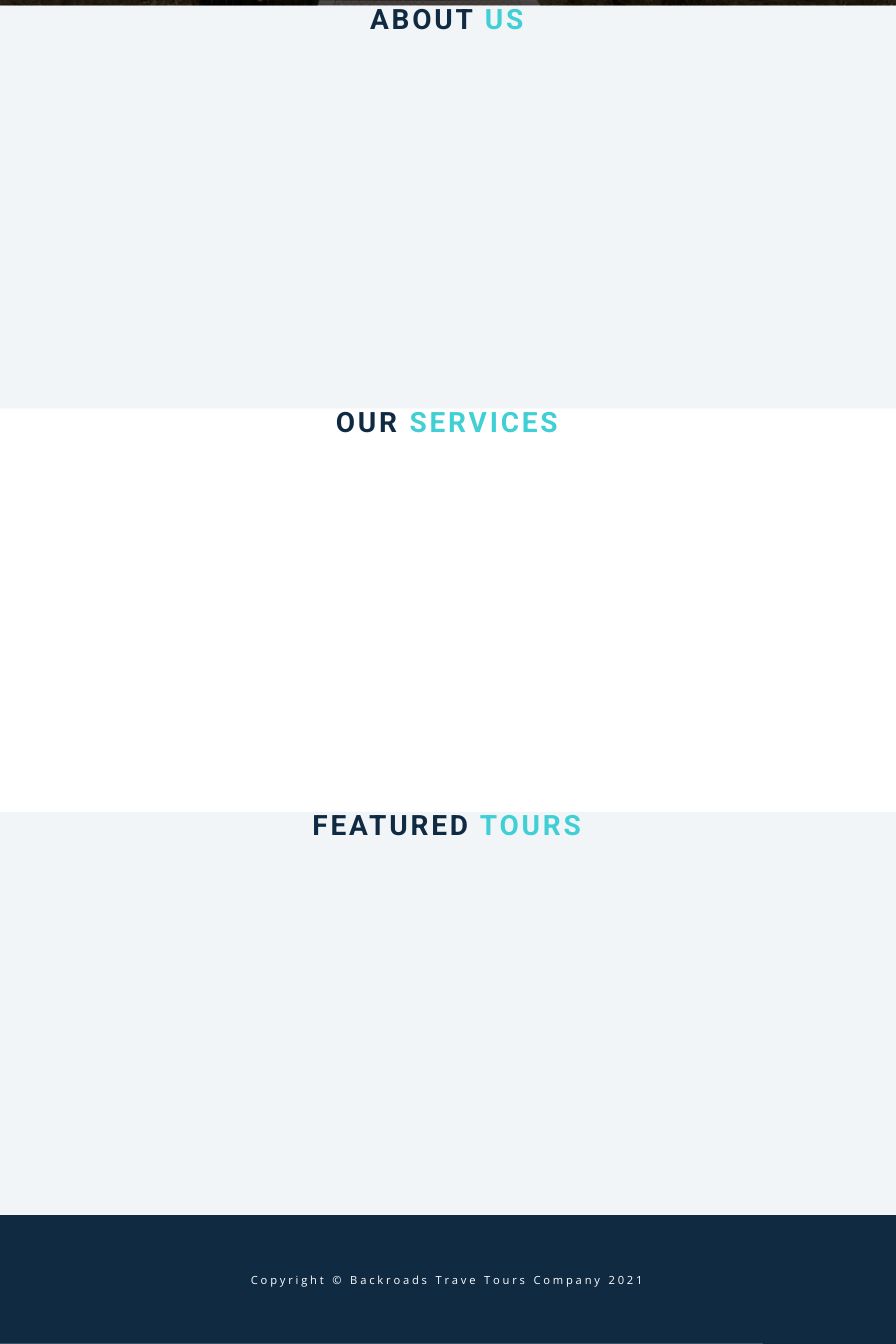
Repository: spidero7/Scroll
Page: index.html
These files come from the project's save history. The page is drawn as it stood at one moment and after a run of saves; the edit follows.
The browser window is 1280 px wide. The pictures show the part of the page from y = 794 to 2714 px (the page is 2714 px tall), at 70% of full size.
Some web libraries are served in a nearby version.

Above is the page before, as saved 2021-10-07 07:56:04.

### index.html
<!DOCTYPE html>
<html lang="en">
<head>
    <meta charset="UTF-8">
    <meta http-equiv="X-UA-Compatible" content="IE=edge">
    <meta name="viewport" content="width=device-width, initial-scale=1.0">
    <title>Scroll</title>
    <link rel="stylesheet" href="styles.css">
    <link rel="stylesheet" href="https://cdnjs.cloudflare.com/ajax/libs/font-awesome/5.14.0/css/all.min.css">
</head>
<body>
    <!-- header  -->
    <header id="home">
        <!-- navbar -->
        <nav id="nav">
            <div class="nav-center">
                <!-- nav header  -->
                <div class="nav-header">
                    <img src="./imgs/logo.svg" alt="logo" class="logo"/>
                    <button class="nav-toggle">
                        <i class="fas fa-bars"></i>
                    </button>
                </div>
                <!-- links -->
                <div class="links-container">
                    <ul class="links">
                        <li>
                          <a href="#home" class="scroll-link">home</a>
                        </li>
                        <li>
                          <a href="#about" class="scroll-link">about</a>
                        </li>
                        <li>
                          <a href="#services" class="scroll-link">services</a>
                        </li>
                        <li>
                          <a href="#tours" class="scroll-link">tours</a>
                        </li>
                      </ul>
                </div>
            </div>
        </nav>
        <!-- banner -->
        <div class="banner">
            <div class="container">
                <h1>scroll project</h1>
                <p>
                    Lorem ipsum dolor sit amet consectetur, adipisicing elit. Odio saepe officiis,
                    tempore quae nobis, perferendis id temporibus, harum minima voluptatum animi non
                    praesentium atque? Expedita, possimus deserunt. Sunt, suscipit nulla?
                </p>
                <a href="#tours" class="scroll-link btn btn-white">
                    explore tours
                </a>
            </div>
        </div>
    </header>
    <!-- about -->
    <section id="about" class="section">
        <div class="title">
            <h2>about <span>us</span></h2>
        </div>
    </section>
    <!-- services -->
    <section id="services" class="section">
        <div class="title">
            <h2>our <span>services</span></h2>
        </div>
    </section>
    <!-- tours -->
    <section id="tours" class="section">
        <div class="title">
            <h2>featured <span>tours</span></h2>
        </div>
    </section>
    <!-- footer -->
    <footer class="section">
        <p>
            copyright &copy; backroads trave tours company
            <span class="date">2021</span>
        </p>
    </footer>
    <script src="app.js"></script>
</body>
</html>

### styles.css
/*
===============
Fonts
===============
*/
@import url("https://fonts.googleapis.com/css?family=Open+Sans|Roboto:400,700&display=swap");

/*
===============
Variables
===============
*/

:root {
  /* dark shades of primary color*/
  --clr-primary-1: hsl(205, 86%, 17%);
  --clr-primary-2: hsl(205, 77%, 27%);
  --clr-primary-3: hsl(205, 72%, 37%);
  --clr-primary-4: hsl(205, 63%, 48%);
  /* primary/main color */
  --clr-primary-5: #49a6e9;
  /* lighter shades of primary color */
  --clr-primary-6: hsl(205, 89%, 70%);
  --clr-primary-7: hsl(205, 90%, 76%);
  --clr-primary-8: hsl(205, 86%, 81%);
  --clr-primary-9: hsl(205, 90%, 88%);
  --clr-primary-10: hsl(205, 100%, 96%);
  /* darkest grey - used for headings */
  --clr-grey-1: hsl(209, 61%, 16%);
  --clr-grey-2: hsl(211, 39%, 23%);
  --clr-grey-3: hsl(209, 34%, 30%);
  --clr-grey-4: hsl(209, 28%, 39%);
  /* grey used for paragraphs */
  --clr-grey-5: hsl(210, 22%, 49%);
  --clr-grey-6: hsl(209, 23%, 60%);
  --clr-grey-7: hsl(211, 27%, 70%);
  --clr-grey-8: hsl(210, 31%, 80%);
  --clr-grey-9: hsl(212, 33%, 89%);
  --clr-grey-10: hsl(210, 36%, 96%);
  --clr-white: #fff;
  --clr-red-dark: hsl(360, 67%, 44%);
  --clr-red-light: hsl(360, 71%, 66%);
  --clr-green-dark: hsl(125, 67%, 44%);
  --clr-green-light: hsl(125, 71%, 66%);
  --clr-secondary: hsla(182, 63%, 54%);
  --clr-black: #222;
  --ff-primary: "Roboto", sans-serif;
  --ff-secondary: "Open Sans", sans-serif;
  --transition: all 0.3s linear;
  --spacing: 0.25rem;
  --radius: 0.5rem;
  --light-shadow: 0 5px 15px rgba(0, 0, 0, 0.1);
  --dark-shadow: 0 5px 15px rgba(0, 0, 0, 0.2);
  --max-width: 1170px;
  --fixed-width: 620px;
}
/*
===============
Global Styles
===============
*/
html {
  scroll-behavior: smooth;
}
*,
::after,
::before {
  margin: 0;
  padding: 0;
  box-sizing: border-box;
}
body {
  font-family: var(--ff-secondary);
  background: var(--clr-grey-10);
  color: var(--clr-grey-1);
  line-height: 1.5;
  font-size: 0.875rem;
}
ul {
  list-style-type: none;
}
a {
  text-decoration: none;
}
img:not(.logo) {
  width: 100%;
}
img {
  display: block;
}

h1,
h2,
h3,
h4 {
  letter-spacing: var(--spacing);
  text-transform: capitalize;
  line-height: 1.25;
  margin-bottom: 0.75rem;
  font-family: var(--ff-primary);
}
h1 {
  font-size: 3rem;
}
h2 {
  font-size: 2rem;
}
h3 {
  font-size: 1.25rem;
}
h4 {
  font-size: 0.875rem;
}
p {
  margin-bottom: 1.25rem;
  color: var(--clr-grey-5);
}
@media screen and (min-width: 800px) {
  h1 {
    font-size: 4rem;
  }
  h2 {
    font-size: 2.5rem;
  }
  h3 {
    font-size: 1.75rem;
  }
  h4 {
    font-size: 1rem;
  }
  body {
    font-size: 1rem;
  }
  h1,
  h2,
  h3,
  h4 {
    line-height: 1;
  }
}
/*  global classes */

.btn {
  text-transform: uppercase;
  background: transparent;
  color: var(--clr-black);
  padding: 0.375rem 0.75rem;
  letter-spacing: var(--spacing);
  display: inline-block;
  transition: var(--transition);
  font-size: 0.875rem;
  border: 2px solid var(--clr-black);
  cursor: pointer;
  box-shadow: 0 1px 3px rgba(0, 0, 0, 0.2);
  border-radius: var(--radius);
}
.btn:hover {
  color: var(--clr-white);
  background: var(--clr-black);
}
.btn-white {
  color: var(--clr-white);
  border-color: var(--clr-white);
  border-radius: 0;
  padding: 0.5rem 1rem;
}
.btn:hover {
  background: var(--clr-white);
  color: var(--clr-secondary);
}
/* section */
.section {
  padding-bottom: 5rem;
}

.section-center {
  width: 90vw;
  margin: 0 auto;
  max-width: 1170px;
}
@media screen and (min-width: 992px) {
  .section-center {
    width: 95vw;
  }
}
main {
  min-height: 100vh;
  display: grid;
  place-items: center;
}
/*
===============
Scroll
===============
*/
/* navbar */
nav {
  background: var(--clr-white);
  padding: 1rem 1.5rem;
}
/* fixed nav */
.fixed-nav {
  position: fixed;
  top: 0;
  left: 0;
  width: 100%;
  background: var(--clr-white);
  box-shadow: var(--light-shadow);
}
.fixed-nav .links a {
  color: var(--clr-grey-1);
}
.fixed-nav .links a:hover {
  color: var(--clr-secondary);
}
/* .fixed-nav .links-container {
  height: auto !important;
} */
.nav-header {
  display: flex;
  align-items: center;
  justify-content: space-between;
}
.nav-toggle {
  font-size: 1.5rem;
  color: var(--clr-grey-1);
  background: transparent;
  border-color: transparent;
  transition: var(--transition);
  cursor: pointer;
}
.nav-toggle:hover {
  color: var(--clr-secondary);
}
.logo {
  height: 50px;
}
.links-container {
  height: 0;
  overflow: hidden;
  transition: var(--transition);
}
.show-links {
  height: 200px;
}
.links a {
  background: var(--clr-white);
  color: var(--clr-grey-5);
  font-size: 1.1rem;
  text-transform: capitalize;
  letter-spacing: var(--spacing);
  display: block;
  transition: var(--transition);
  font-weight: bold;
  padding: 0.75rem 0;
}
.links a:hover {
  color: var(--clr-grey-1);
}
@media screen and (min-width: 800px) {
  nav {
    background: transparent;
  }
  .nav-center {
    width: 90vw;
    max-width: 1170px;
    margin: 0 auto;
    display: flex;
    align-items: center;
    justify-content: space-between;
  }
  .nav-header {
    padding: 0;
  }
  .nav-toggle {
    display: none;
  }
  .links-container {
    height: auto !important;
  }
  .links {
    display: flex;
  }
  .links a {
    background: transparent;
    color: var(--clr-white);
    font-size: 1.1rem;
    text-transform: capitalize;
    letter-spacing: var(--spacing);
    display: block;
    transition: var(--transition);
    margin: 0 1rem;
    font-weight: bold;
    padding: 0;
  }
  .links a:hover {
    color: var(--clr-white);
  }
}
/* hero */
header {
  min-height: 100vh;
  background: linear-gradient(rgba(63, 208, 212, 0.5), rgba(0, 0, 0, 0.7)),
    url(./imgs/hero-bcg.jpeg) center/cover no-repeat;
}
.banner {
  min-height: 100vh;
  display: grid;
  place-items: center;
  text-align: center;
}
.container h1 {
  color: var(--clr-white);
  text-transform: uppercase;
}
.container p {
  color: var(--clr-white);
  max-width: 25rem;
  margin: 0 auto;
  margin-bottom: 1.25rem;
}
@media screen and (min-width: 768px) {
  .container p {
    max-width: 40rem;
  }
}
/* sections and title */
.title h2 {
  text-align: center;
  text-transform: uppercase;
}
.title span {
  color: var(--clr-secondary);
}
#about,
#services,
#tours {
  height: 80vh;
}
#services {
  background: var(--clr-white);
}
footer {
  background: var(--clr-grey-1);
  padding: 5rem 1rem;
}
footer p {
  color: var(--clr-white);
  text-align: center;
  text-transform: capitalize;
  letter-spacing: var(--spacing);
  margin-bottom: 0;
}

.top-link {
  font-size: 1.25rem;
  position: fixed;
  bottom: 3rem;
  right: 3rem;
  background: var(--clr-secondary);
  width: 2rem;
  height: 2rem;
  display: grid;
  place-items: center;
  border-radius: var(--radius);
  color: var(--clr-white);
  animation: bounce 2s ease-in-out infinite;

  visibility: hidden;
  z-index: -100;
}
.show-link {
  visibility: visible;
  z-index: 100;
}

@keyframes bounce {
  0% {
    transform: scale(1);
  }
  50% {
    transform: scale(1.5);
  }
  100% {
    transform: scale(1);
  }
}

Loaded but not shown: app.js (no stored copy; drawn as an empty file)

After the next 2 saves:
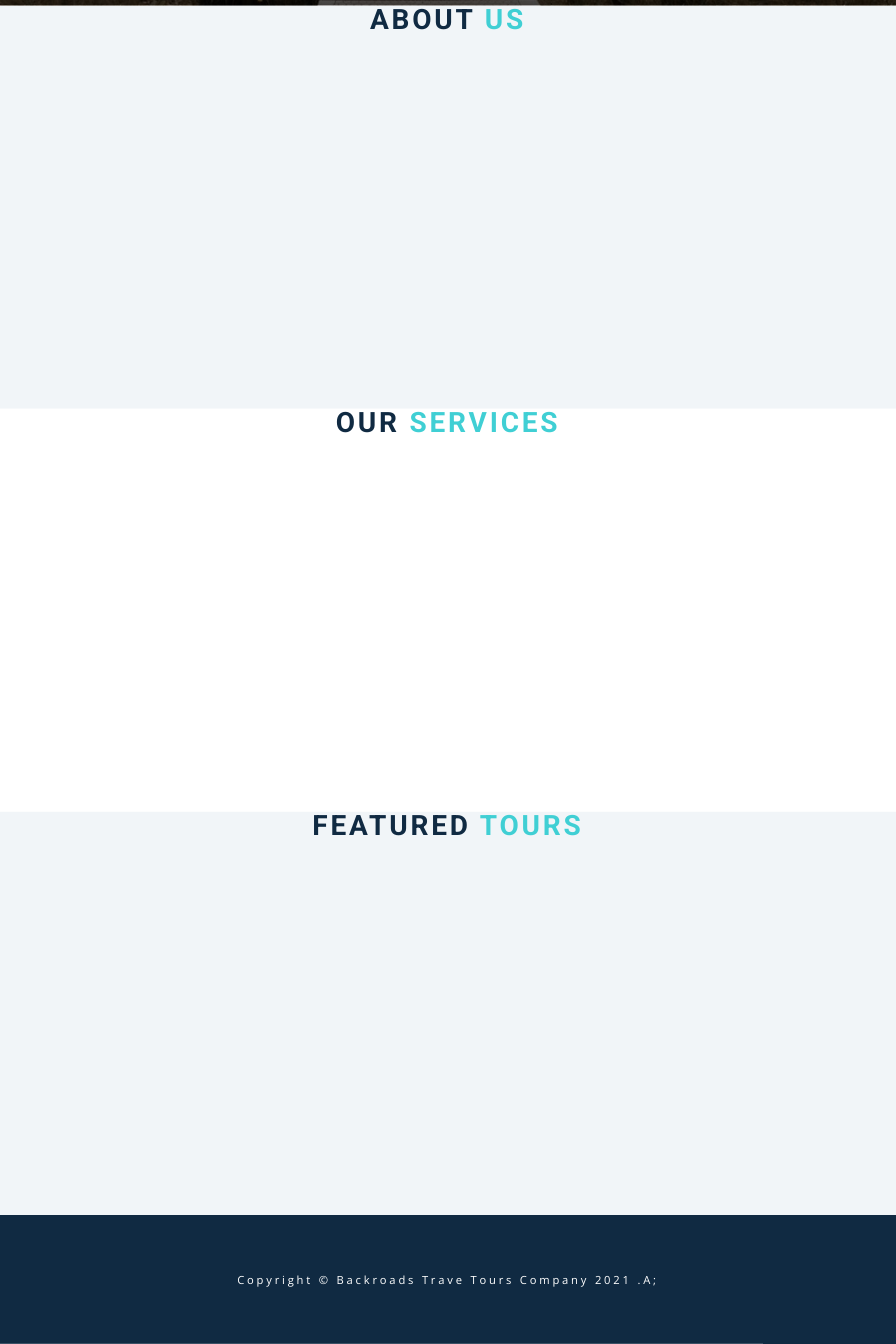
The 2 saves are shown as one change because they came seconds apart.
The last was saved 44 s later.
--- a/index.html
+++ b/index.html
@@ -78,6 +78,7 @@
         <p>
             copyright &copy; backroads trave tours company
             <span class="date">2021</span>
+            .a;
         </p>
     </footer>
     <script src="app.js"></script>
